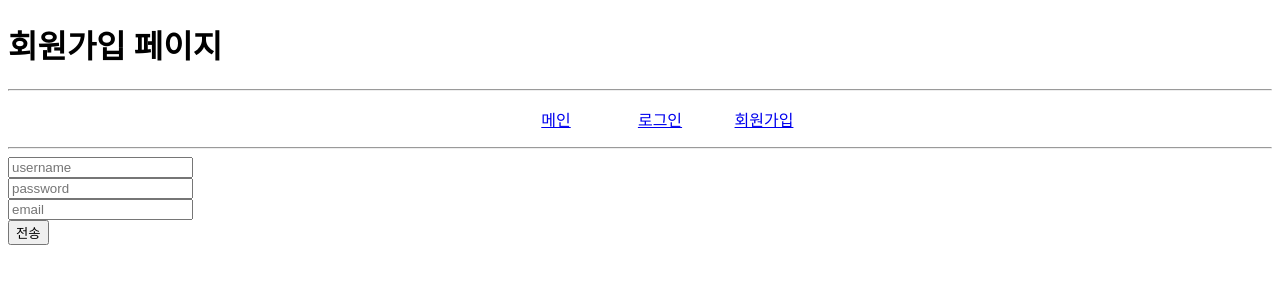
Repository: design-view/jsp-work
Page: http://localhost/cos/join.jsp
The author's editor kept a copy of each file at every save. The page is drawn from the files as they stood at one save, then again after the next save.
The browser window is 1280 px wide. The pictures show the whole page.
The page is served by Tomcat 9.

Above is the page before, as saved 2020-08-22 07:06:13.

After the next save:
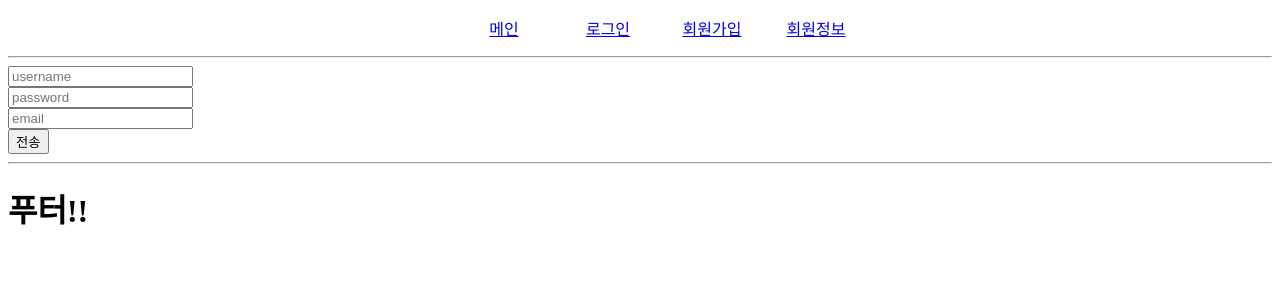
Saved 22 s later.
--- a/cos/WebContent/join.jsp
+++ b/cos/WebContent/join.jsp
@@ -1,26 +1,8 @@
 <%@ page language="java" contentType="text/html; charset=UTF-8"
     pageEncoding="UTF-8"%>
-<!DOCTYPE html>
-<html>
-<head>
-<meta charset="UTF-8">
-<title>회원가입 페이지</title>
-<style>
-	ul {
-		text-align: center;
-	}
-	li { display: inline-block; width: 100px;  }
-</style>
-</head>
-<body>
-	<h1>회원가입 페이지</h1>
-	<hr/>
-	<ul>
-		<li><a href="main.jsp">메인</a></li>
-		<li><a href="login.jsp">로그인</a></li>
-		<li><a href="join.jsp">회원가입</a></li>
-	</ul>
-	<hr/>
+<%@ include file="layout/header.jsp" %>
+
+
 	<!-- form 태그는 데이터를 전송하기 위한 박스   -->
 	<form action="joinProc.jsp" method="post">
 		<input type="text" name="username" placeholder="username" /><br/>
@@ -28,5 +10,4 @@
 		<input type="email" name="email" placeholder="email"/><br/>
 		<button>전송</button>
 	</form>
-</body>
-</html>
+<%@ include file="layout/footer.jsp" %>
